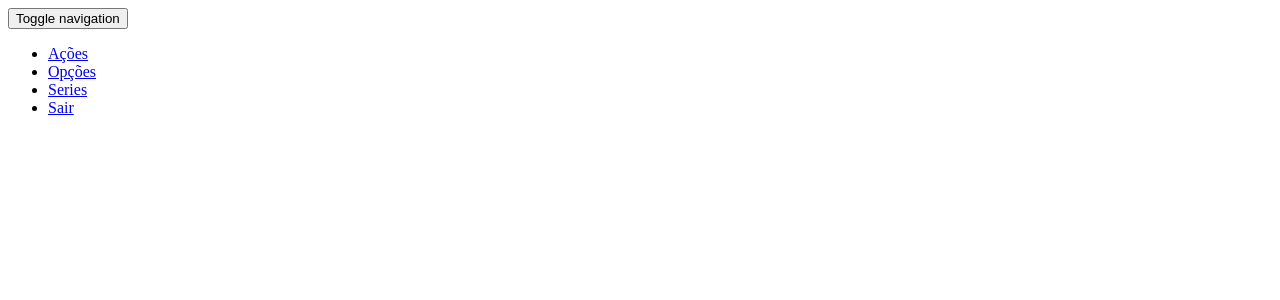
Repository: icaroplive/dashboard_carteira_acoes
Page: views/sidebar.html
An editor plug-in stored every save of this project. The page is shown before and after the next save, followed by the edit.
The browser window is 1280 px wide. The pictures show the whole page.

Above is the page before, as saved 2020-08-18 21:59:17.

After the next save:
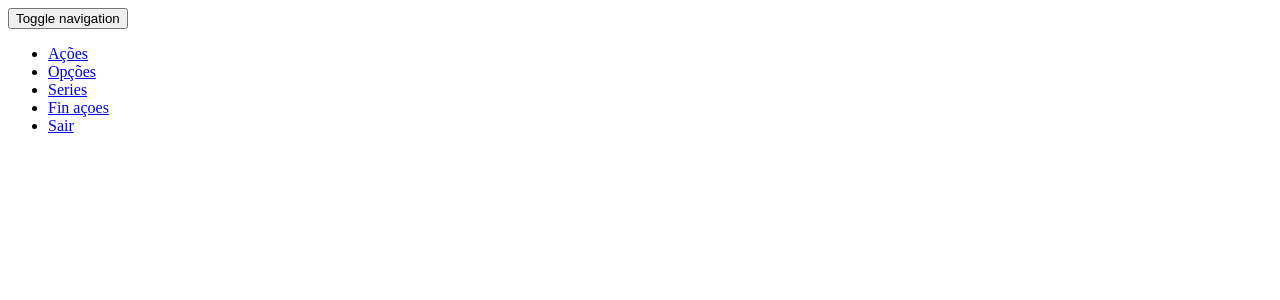
Saved 100 s later.
--- a/views/sidebar.html
+++ b/views/sidebar.html
@@ -19,6 +19,10 @@
         <li ng-class="{active : location.path() =='/series'}""><a href=" #/series">Series<span style="font-size:16px;"
             class="pull-left hidden-xs showopacity glyphicon glyphicon-home"></span></a></li>
 
+        <li ng-class="{active : location.path() =='/finacoes'}""><a href=" #/finacoes">Fin açoes<span
+            style="font-size:16px;" class="pull-left hidden-xs showopacity glyphicon glyphicon-home"></span></a></li>
+
+
         <li>
           <a href="#/logoff">Sair <span style="font-size:16px;"
               class="pull-rigt hidden-xs showopacity glyphicon glyphicon-log-in"></span></a>
